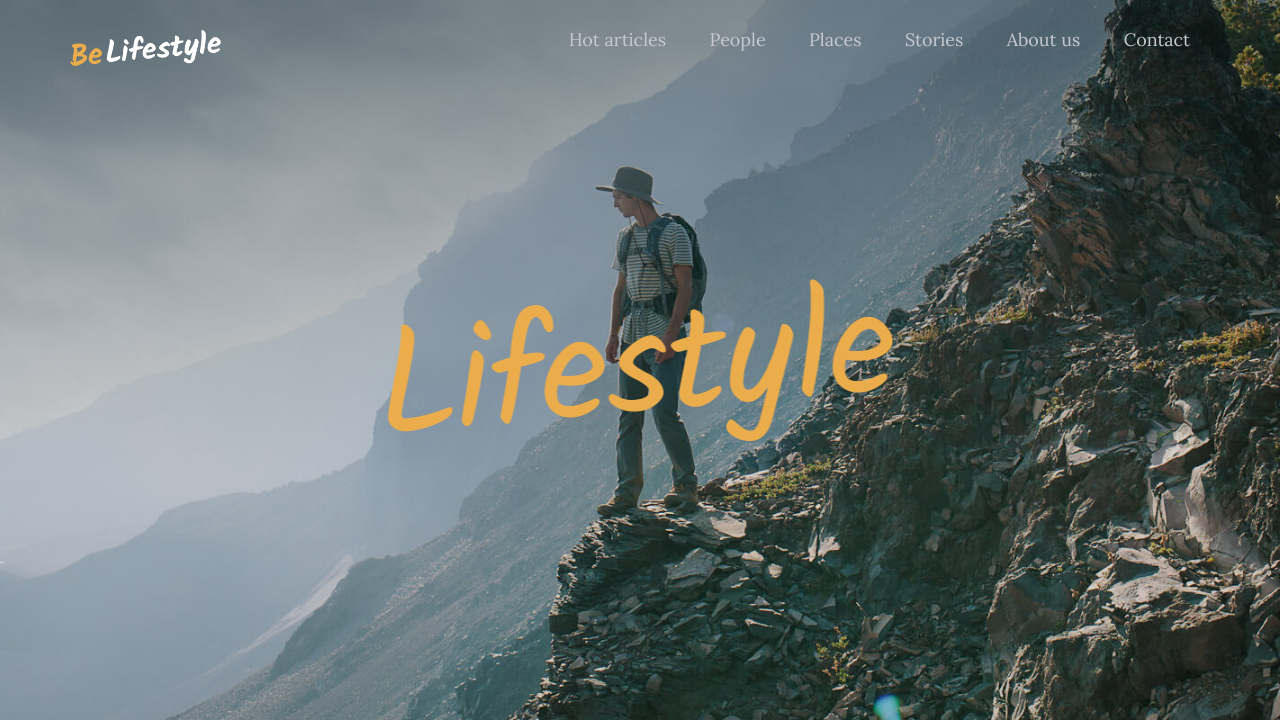
Repository: MalgorzataMazur/BeLife
Page: index.html
An editor plug-in stored every save of this project. The page is shown before and after the next save, followed by the edit.
The browser window is 1280 px wide. The pictures show the whole page.

Above is the page before, as saved 2019-10-31 19:27:28.

After the next save:
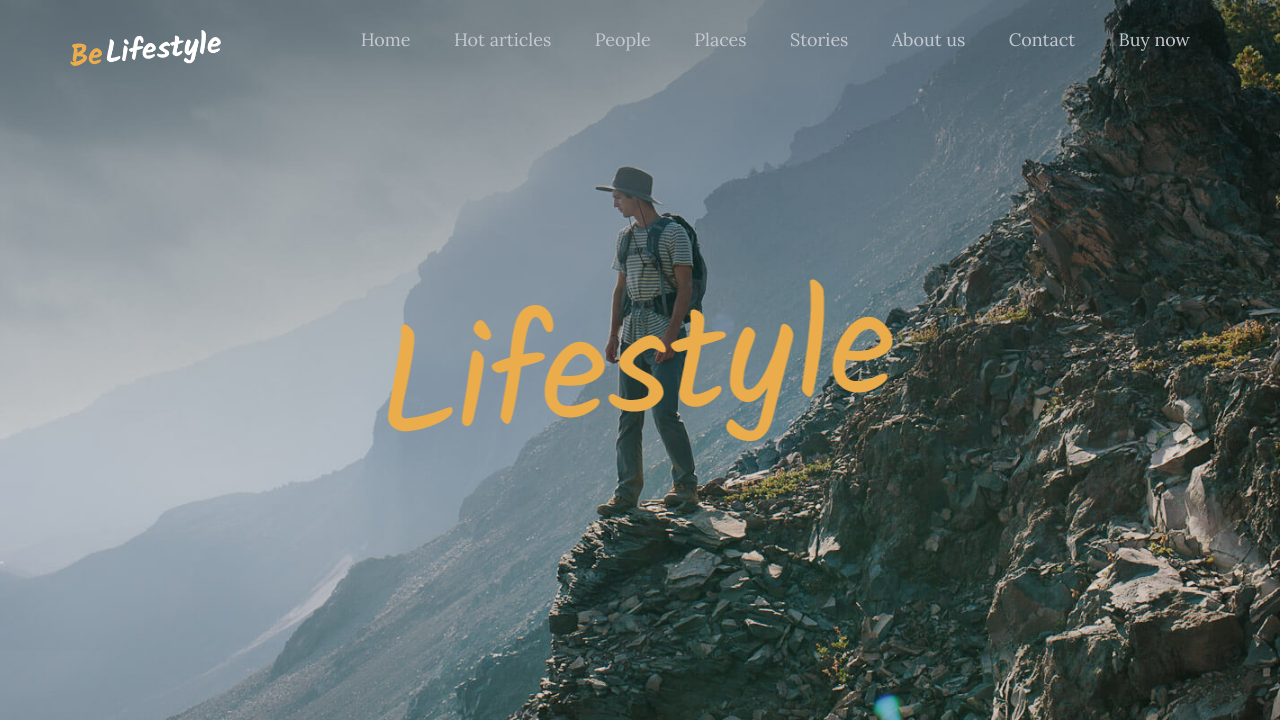
Saved 101 s later.
--- a/resources/css/style.css
+++ b/resources/css/style.css
@@ -75,14 +75,16 @@ header {
     color: #ffffff;
 }
 
-ul li:first-child {
+ul li:first-child:link,
+ul li:first-child:visited {
     color: #ffffff;
     font-weight: 400;
     display: none;
 
 }
 
-ul li:last-child {
+ul li:last-child:hover,
+ul li:last-child:active{
     color: #f3c070;
     display: none;
 }
